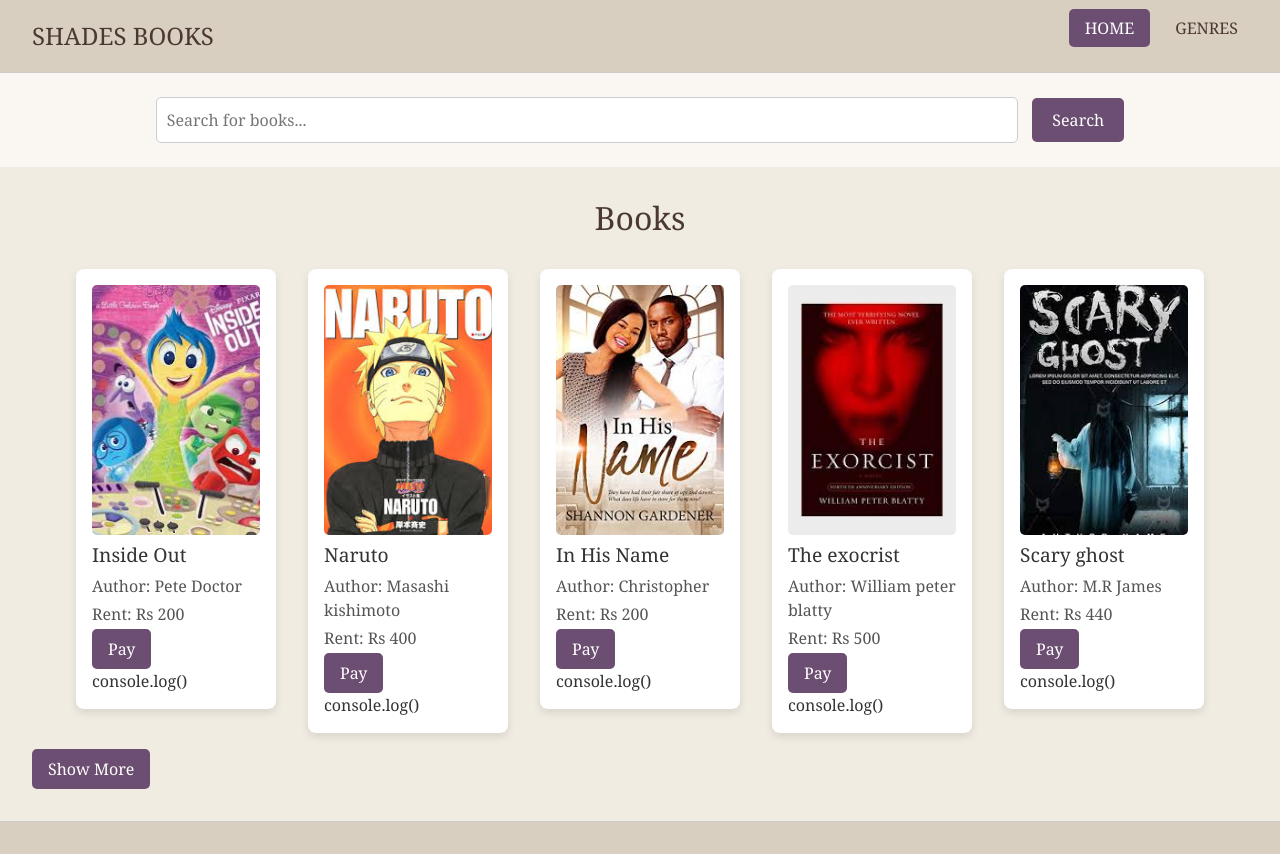
Repository: Harishsuresh-kumar/Library-Web
Page: WORK SITE/Book.html
The author's editor kept a copy of each file at every save. The page is drawn from the files as they stood at one save, then again after a run of saves.
The browser window is 1280 px wide. The pictures show the whole page.

Above is the page before, as saved 2024-11-07 10:45:56.

### WORK SITE/Book.html
<!DOCTYPE html>
<html lang="en">
<head>
    <meta charset="UTF-8">
    <meta name="viewport" content="width=device-width, initial-scale=1.0">
    <title>Book Page - Endless Reading Vault</title>
    <link href="https://maxcdn.bootstrapcdn.com/bootstrap/4.5.2/css/bootstrap.min.css" rel="stylesheet">
    <link rel="stylesheet" href="Book.css">
</head>
<body>
    <div class="wrapper">
        <header>
            <div class="logo">

                <h2>SHADES BOOKS</h2>
            </div>
            <nav>
                <ul>
                    <li><a href="User.html" class="button">HOME</a></li>
                    <li><a href="genre.html">GENRES</a></li>
                </ul>
            </nav>
        </header>
        <section class="search-section">
            <input type="text" id="searchBar" placeholder="Search for books...">
            <button onclick="searchBooks()">Search</button>
        </section>
        <section class="booklist-section">
            <h1>Books</h1>
            <div class="book-list" id="bookList">
                <!-- Book items will be injected here -->
            </div>
            <button id="showMoreButton" onclick="showMoreBooks()" style="display: none;">Show More</button>
        </section>
        <footer>
        </footer>
    </div>
    <script>
        // Mock user login status (set to false to simulate a non-logged-in user)
        const isUserLoggedIn = false;

       // Sample books array with book details
       const books = [
            {
                title: "Inside Out",
                author: "Pete Doctor",
                rent: "Rs 200",
                image: "download (1).jpeg",
                link: "book-details.html?book=CallOfTheSeriens"
            },
            {
                title: "Naruto",
                author: "Masashi kishimoto ",
                rent: "Rs 400",
                image: "Naruto.jpeg",
                link: "book-details.html?book=WitchingHour"
            },
            {
                title: "In His Name",
                author: "Christopher",
                rent: "Rs 200",
                image: "ROMANCE-1.jpeg",
                link: "book-details.html?book=TheSecretOfMagic"
            },
            {
                title: "The exocrist",
                author: "William peter blatty",
                rent: "Rs 500",
                image: "Horror -2.jpeg",
                link: "book-details.html?book=DarkAndHollowStar"
            },
            {
                title: "Scary ghost",
                author: "M.R James",
                rent: "Rs 440",
                image: "Horror-3.jpeg",
                link: "book-details.html?book=ARuinousFate"
            },
            {
                title: "Spider man",
                author: "Stan Lee",
                rent: "Rs 780",
                image: "spider man.jpeg",
                link: "book-details.html?book=Sapiens"
            },
            {
                title: "Forensic Science",
                author: "Kathy Reichs",
                rent: "Rs 470",
                image: "SCIENCE-2.jpeg",
                link: "book-details.html?book=IKnowWhyTheCagedBirdSings"
            },


            // Add more books as needed
        ];

        const booksPerBatch = 5; // Number of books to show initially and per batch
        let currentBatch = 0;

        function displayBooks(bookList, batch) {
            const bookListElement = document.getElementById('bookList');
            const startIndex = batch * booksPerBatch;
            const endIndex = startIndex + booksPerBatch;
            const booksToDisplay = bookList.slice(startIndex, endIndex);

            booksToDisplay.forEach((book, index) => {
                const bookItem = document.createElement('div');
                bookItem.className = 'book-item';
                bookItem.innerHTML = `
                    <img src="${book.image}" alt="${book.title}" class="book-cover">
                    <div class="book-info">
                        <h3 onclick="redirectToBookPage('${book.link}')">${book.title}</h3>
                        <p>Author: ${book.author}</p>
                        <p>Rent: ${book.rent}</p>
                        <button id="payButton-${startIndex + index}">Pay</button>
                    </div>
                    console.log()
                `;
                bookListElement.appendChild(bookItem);

                // Attach event listener for each button
                document.getElementById(`payButton-${startIndex + index}`).addEventListener('click', function() {
                    handlePayClick(book);
                });
            });

            // Check if there are more books to display
            if (endIndex < bookList.length) {
                document.getElementById('showMoreButton').style.display = 'block';
            } else {
                document.getElementById('showMoreButton').style.display = 'none';
            }
        }

        function redirectToBookPage(link) {
            window.location.href = link;
        }

        function handlePayClick(book) {
            if (isUserLoggedIn) {
                // If user is not logged in, show alert and redirect to home on OK
                alert("Please log in or register to buy a book.");
                window.location.href = "home.html";
            } else {
                redirectToPayment(book);
            }
        }

        function redirectToPayment(book) {
            // Redirect to payment page with book details as query parameters
            const params = new URLSearchParams({
                title: book.title,
                author: book.author,
                rent: book.rent,
                image: book.image
            });
            window.location.href = `payment1.html?${params.toString()}`;
        }

        function searchBooks() {
            const searchBar = document.getElementById('searchBar');
            const searchText = searchBar.value.toLowerCase();
            const filteredBooks = books.filter(book =>
                book.title.toLowerCase().includes(searchText) ||
                book.author.toLowerCase().includes(searchText)
            );

            // Reset to first batch for search results
            currentBatch = 0;
            document.getElementById('bookList').innerHTML = '';
            displayBooks(filteredBooks, currentBatch);
        }

        function showMoreBooks() {
            currentBatch++;
            displayBooks(books, currentBatch);
        }

        // Display the first batch of books on page load
        window.onload = () => {
            displayBooks(books, currentBatch);
        }
    </script>
</body>
</html>

### WORK SITE/Book.css
/* Basic body and html styles */
body, html {
    margin: 0;
    padding: 0;
    font-family: 'Georgia', serif;
    background-color: #f9f9f9; /* Light, neutral background */
    color: #333;
}

/* Wrapper to center content vertically and provide spacing */
.wrapper {
    display: flex;
    flex-direction: column;
    min-height: 100vh;
}

header {
    background-color: #D9CFC1; /* Soft taupe for a classic, library feel */
    color: #333;
    padding: 1rem 2rem;
    display: flex;
    align-items: center;
    justify-content: space-between;
    border-bottom: 1px solid #ccc;
}

.logo h2 {
    font-size: 24px;
    color: #4B3832; /* Dark, library-inspired brown */
    margin: 0;
}

nav ul {
    list-style: none;
    display: flex;
    gap: 15px;
}

nav ul li a {
    color: #4B3832;
    text-decoration: none;
    padding: 5px 10px;
    border-radius: 5px;
    transition: background-color 0.3s;
}

nav ul li a:hover {
    background-color: #E9E2D0; /* Light taupe background on hover */
}

.search-section {
    padding: 1.5rem;
    text-align: center;
    background-color: #FAF7F2;
}

#searchBar {
    width: 70%;
    padding: 10px;
    border: 1px solid #ccc;
    border-radius: 5px;
    font-size: 16px;
    color: #333;
}

.search-section button {
    background-color: #6B4E71; /* Library-inspired deep purple */
    color: white;
    border: none;
    padding: 10px 20px;
    font-size: 16px;
    border-radius: 5px;
    cursor: pointer;
    margin-left: 10px;
    transition: background-color 0.3s;
}

.search-section button:hover {
    background-color: #967BB6; /* Light purple on hover */
}

.booklist-section {
    padding: 2rem;
    text-align: center;
    background-color: #F0ECE2; /* Light parchment color */
}

.booklist-section h1 {
    color: #4B3832;
    font-size: 2rem;
    margin-bottom: 1rem;
}

.book-item {
    background-color: #FFF;
    box-shadow: 0 4px 8px rgba(0, 0, 0, 0.1);
    padding: 1rem;
    margin: 1rem;
    border-radius: 8px;
    display: inline-block;
    width: 200px;
    vertical-align: top;
    text-align: left;
}

.book-cover {
    width: 100%;
    height: 250px;
    object-fit: cover;
    border-radius: 5px;
}

.book-info h3 {
    font-size: 1.2rem;
    color: #333;
    margin: 0.5rem 0;
    cursor: pointer;
}

.book-info p {
    color: #555;
    margin: 0.2rem 0;
}

button, .button {
    background-color: #6B4E71; /* Deep purple */
    color: #fff;
    padding: 8px 16px;
    border: none;
    border-radius: 5px;
    font-size: 16px;
    cursor: pointer;
    transition: background-color 0.3s;
}

button:hover, .button:hover {
    background-color: #967BB6;
}

footer {
    background-color: #D9CFC1;
    color: #4B3832;
    text-align: center;
    padding: 1rem;
    margin-top: auto;
    font-size: 14px;
    border-top: 1px solid #ccc;
}

footer ul {
    list-style: none;
    padding: 0;
    margin: 10px 0 0;
    display: flex;
    gap: 15px;
    justify-content: center;
}

footer ul li a {
    color: #4B3832;
    text-decoration: none;
    transition: color 0.3s;
}

footer ul li a:hover {
    color: #967BB6;
}

After the next 2 saves:
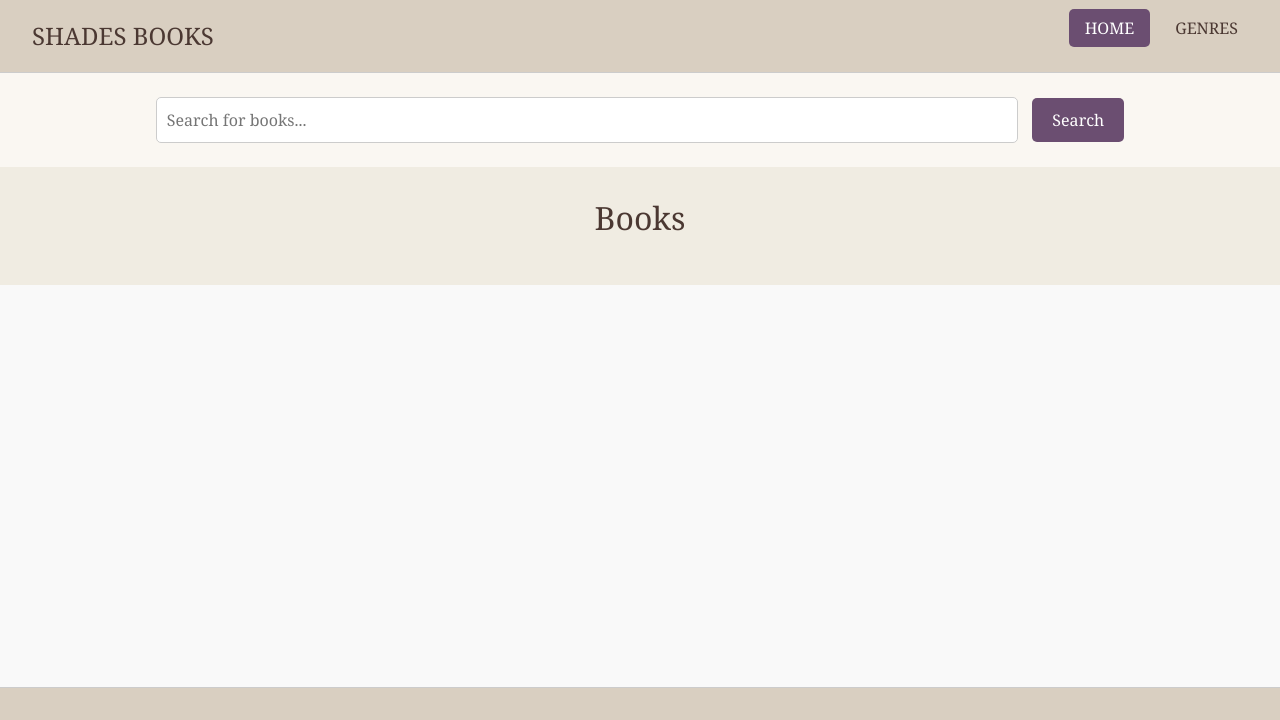
Console error (its wording comes from the project's code and is left out).
The 2 saves are shown as one change because they came seconds apart.
The last was saved 9 s later.
--- a/WORK SITE/Book.html
+++ b/WORK SITE/Book.html
@@ -115,7 +115,7 @@
                         <p>Rent: ${book.rent}</p>
                         <button id="payButton-${startIndex + index}">Pay</button>
                     </div>
-                    console.log()
+                    ${console.log()
                 `;
                 bookListElement.appendChild(bookItem);
 

After the save that followed:
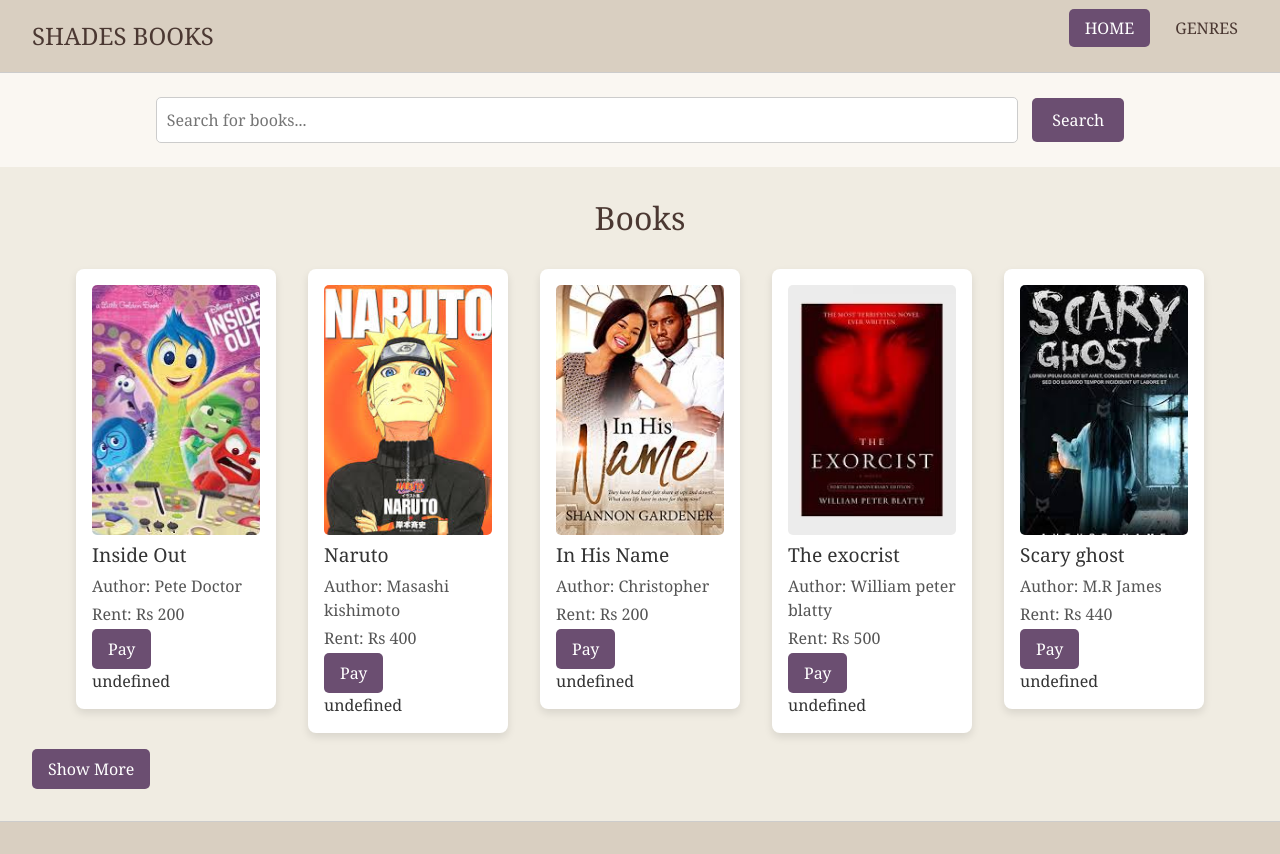
The error is gone.
Saved 4 s later.
--- a/WORK SITE/Book.html
+++ b/WORK SITE/Book.html
@@ -115,7 +115,7 @@
                         <p>Rent: ${book.rent}</p>
                         <button id="payButton-${startIndex + index}">Pay</button>
                     </div>
-                    ${console.log()
+                    ${console.log()}
                 `;
                 bookListElement.appendChild(bookItem);
 
